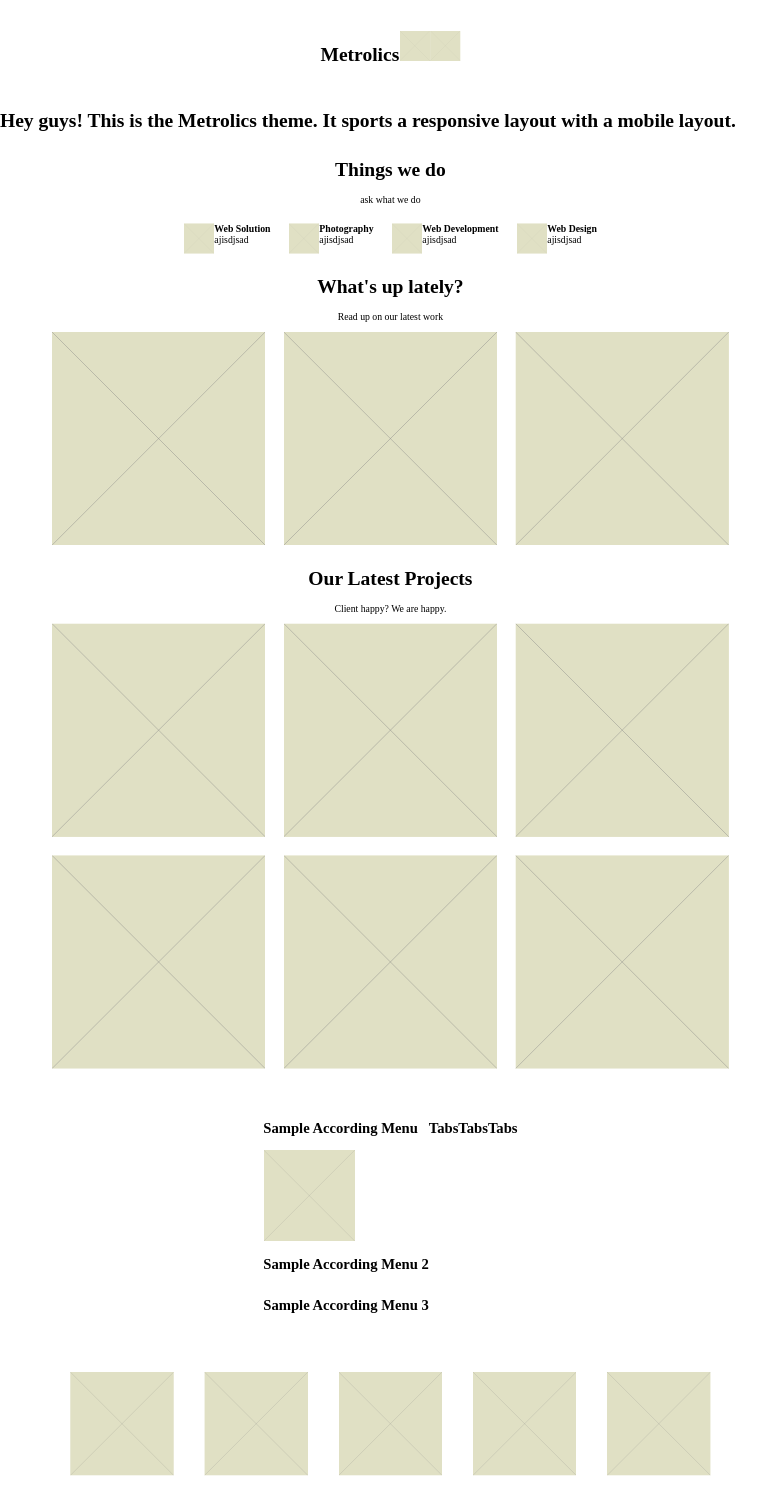
Repository: ReallyNguyen/responsive-web
Page: index.html
These files come from the project's save history. The page is drawn as it stood at one moment and after the next save; the edit follows.
The browser window is 1280 px wide. The pictures show the whole page, at 61% of full size.

Above is the page before, as saved 2023-01-25 21:31:10.

After the next save:
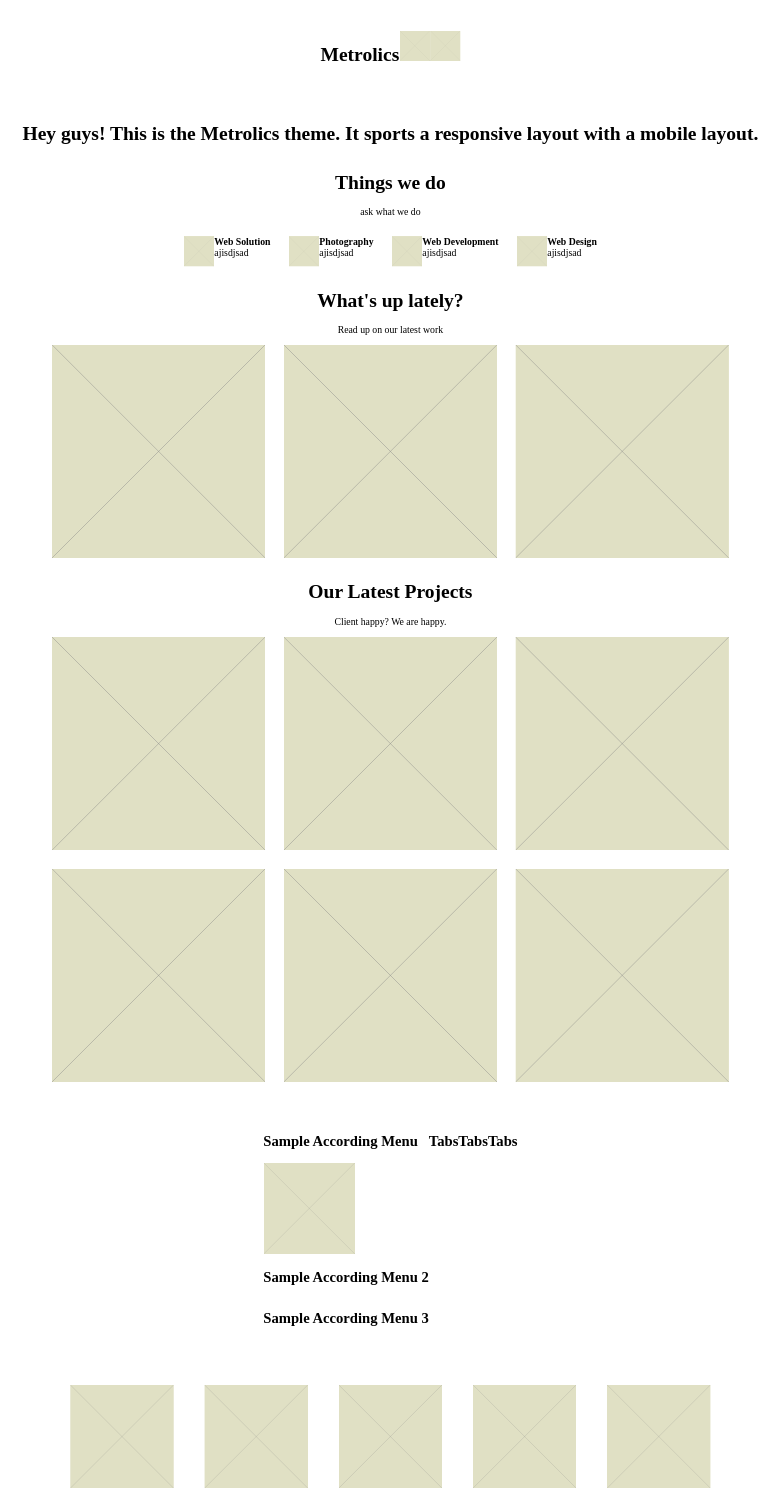
Saved 23 s later.
--- a/css/main.css
+++ b/css/main.css
@@ -5,7 +5,10 @@
   margin: 50px;
 }
 
-
+.introduction {
+  display: flex;
+  justify-content: center;
+}
 
 article>div {
   margin: 15px;
